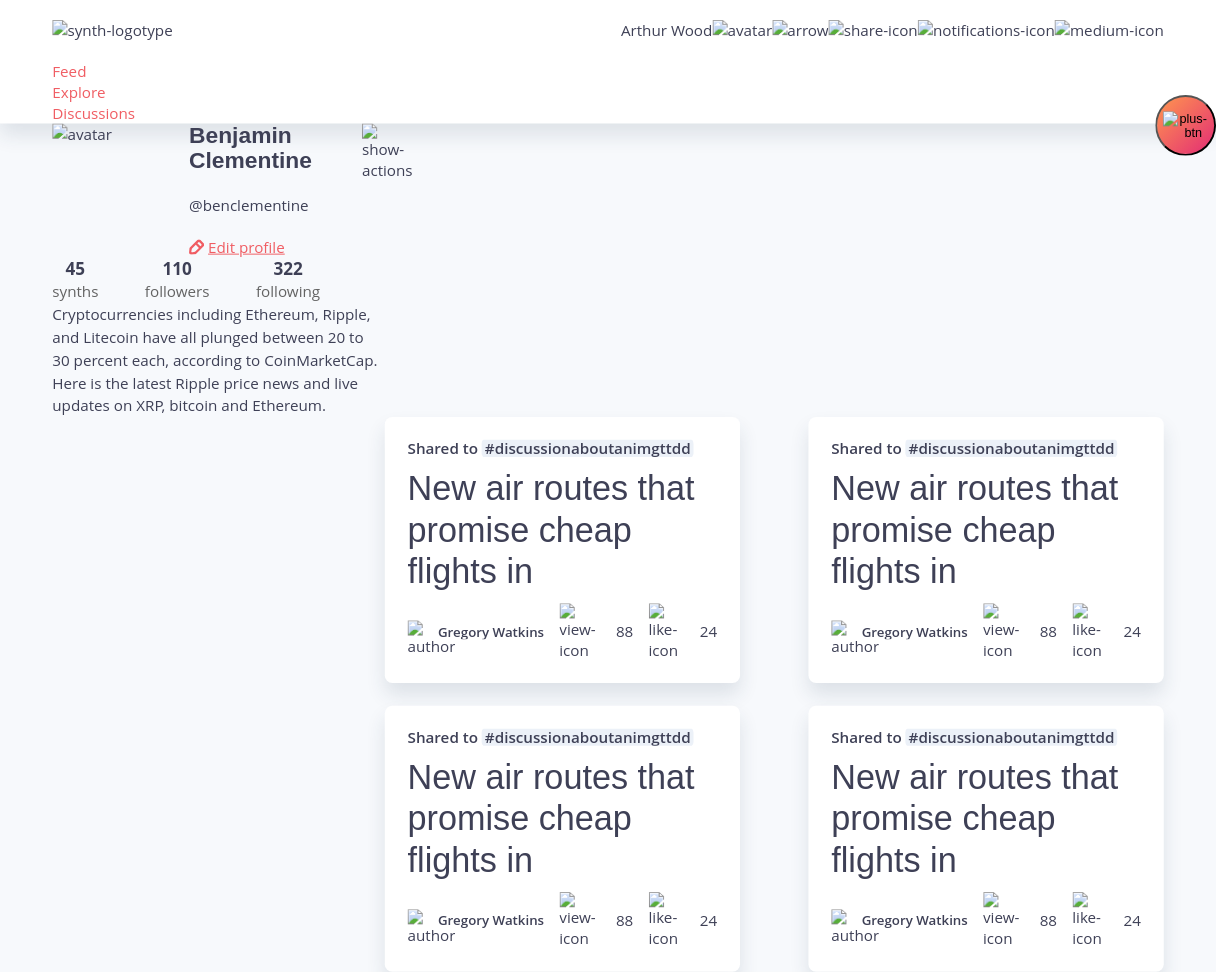
Repository: ecspetra/swivl-test-task
Page: index.html
These files come from the project's save history. The page is drawn as it stood at one moment and after the next save; the edit follows.
The browser window is 1280 px wide. The pictures show the whole page, at 95% of full size.

Above is the page before, as saved 2021-12-09 21:11:02.

After the next save:
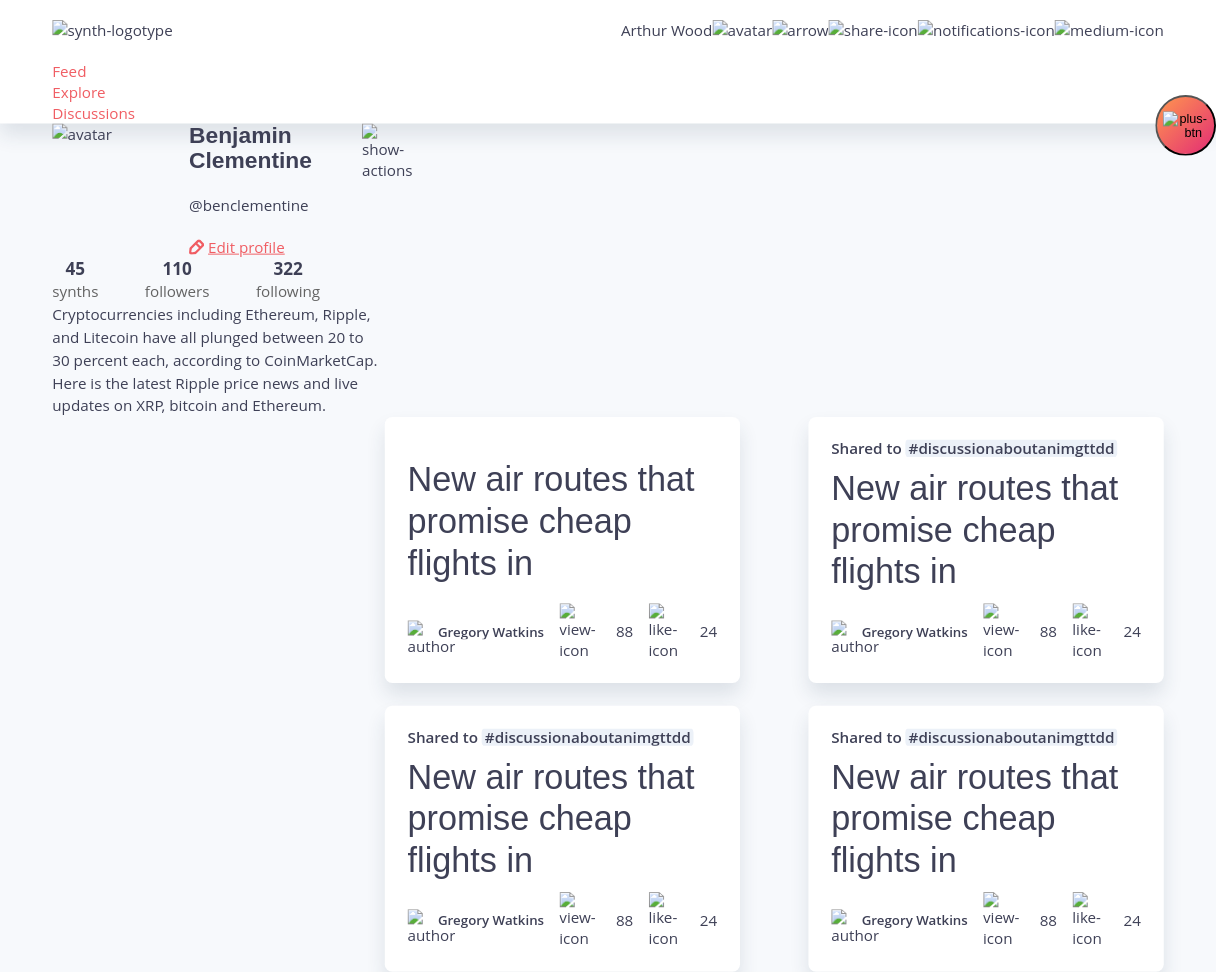
Saved 38 s later.
--- a/index.html
+++ b/index.html
@@ -82,7 +82,7 @@
 
                 <div class="profile__cards-wrapper">
                     <article class="profile-card">
-                        <p class="profile-card__top">Shared to <span>#discussionaboutanimgttdd</span></p>
+                        <p class="profile-card__top"></p>
                         <h1 class="profile-card__headline">New air routes that promise cheap flights in</h1>
                         <div class="profile-card__bottom">
                             <div class="profile-card__author-wrapper">
